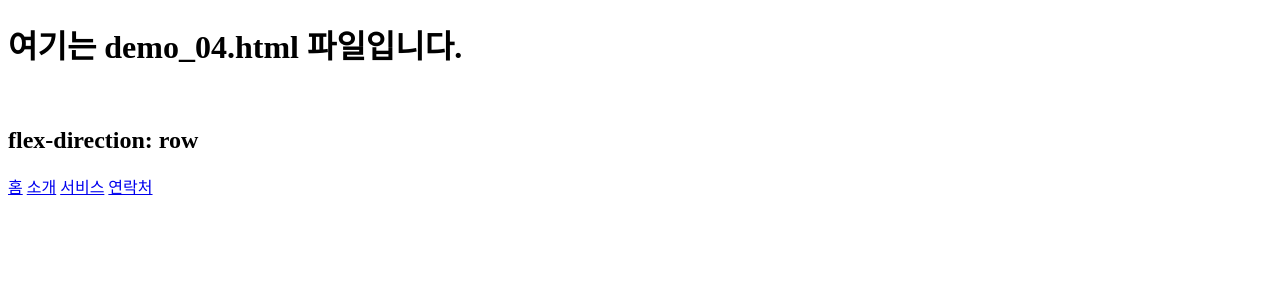
Repository: kimmingyeong225/totalJSP
Page: class_flexbox_011/src/main/webapp/demo_04.html
The author's editor kept a copy of each file at every save. The page is drawn from the files as they stood at one save, then again after the next save.
The browser window is 1280 px wide. The pictures show the whole page.

Above is the page before, as saved 2024-07-01 01:13:29.

After the next save:
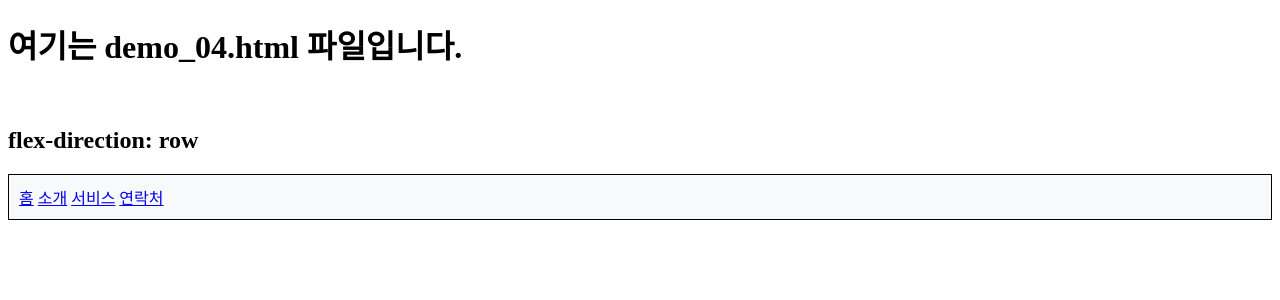
Saved 116 s later.
--- a/class_flexbox_011/src/main/webapp/demo_04.html
+++ b/class_flexbox_011/src/main/webapp/demo_04.html
@@ -5,6 +5,13 @@
 <title></title>
 
 <style type="text/css">
+
+	.navbar {
+		direction: flex;
+		border: 1px solid black;
+		background-color: #f8f9fa;
+		padding: 10px;
+	}
 
 </style>
 </head>
